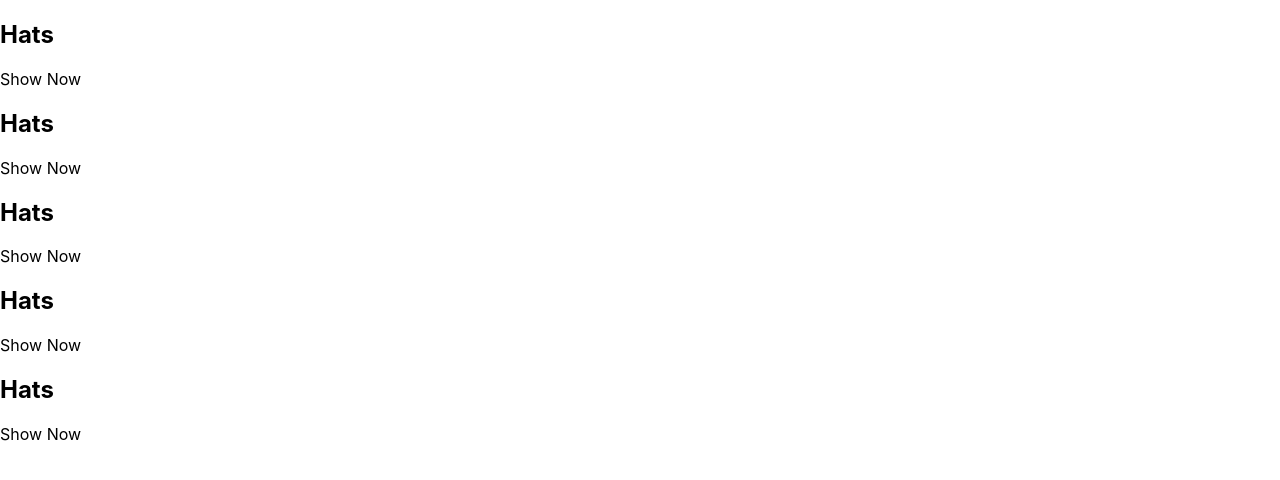
Repository: sabrina-bongiovanni/prova
Page: / (app in crwn-clothing/)
These files come from the project's save history. The page is drawn as it stood at one moment and after the next save; the edit follows.
The browser window is 1280 px wide. The pictures show the whole page.
The project was rebuilt for these pictures with package versions that can differ from the ones it lists, and the page was loaded fresh each time.

Above is the page before, as saved 2022-10-11 12:37:39.

### crwn-clothing/src/App.js
const App = () => {
  return (
    <div className="categories-container">
      <div className="category-container">
        {/* <img /> */}
        <div className="category-body-container">
          <h2>Hats</h2>
          <p>Show Now</p>
        </div>
      </div>
      <div className="category-container">
        {/* <img /> */}
        <div className="category-body-container">
          <h2>Hats</h2>
          <p>Show Now</p>
        </div>
      </div>
      <div className="category-container">
        {/* <img /> */}
        <div className="category-body-container">
          <h2>Hats</h2>
          <p>Show Now</p>
        </div>
      </div>
      <div className="category-container">
        {/* <img /> */}
        <div className="category-body-container">
          <h2>Hats</h2>
          <p>Show Now</p>
        </div>
      </div>
      <div className="category-container">
        {/* <img /> */}
        <div className="category-body-container">
          <h2>Hats</h2>
          <p>Show Now</p>
        </div>
      </div>
    </div>
  );
};

export default App;

Loaded but not shown: crwn-clothing/public/index.html (common file); crwn-clothing/src/index.js (common file); crwn-clothing/src/index.css (common file); crwn-clothing/src/reportWebVitals.js (common file)

After the next save:
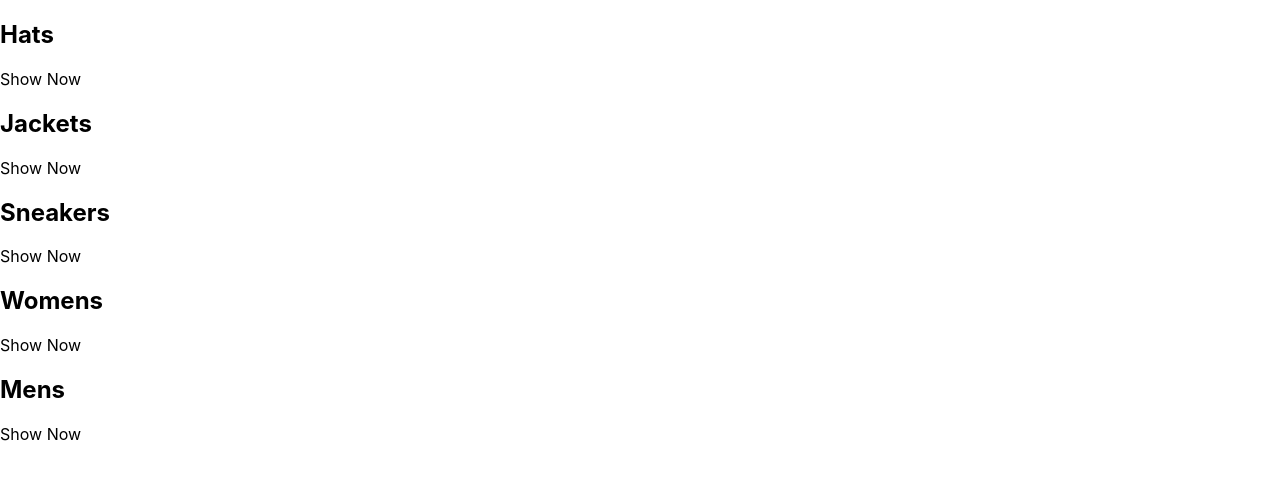
Saved 38 s later.
--- a/crwn-clothing/src/App.js
+++ b/crwn-clothing/src/App.js
@@ -11,28 +11,28 @@ const App = () => {
       <div className="category-container">
         {/* <img /> */}
         <div className="category-body-container">
-          <h2>Hats</h2>
+          <h2>Jackets</h2>
           <p>Show Now</p>
         </div>
       </div>
       <div className="category-container">
         {/* <img /> */}
         <div className="category-body-container">
-          <h2>Hats</h2>
+          <h2>Sneakers</h2>
           <p>Show Now</p>
         </div>
       </div>
       <div className="category-container">
         {/* <img /> */}
         <div className="category-body-container">
-          <h2>Hats</h2>
+          <h2>Womens</h2>
           <p>Show Now</p>
         </div>
       </div>
       <div className="category-container">
         {/* <img /> */}
         <div className="category-body-container">
-          <h2>Hats</h2>
+          <h2>Mens</h2>
           <p>Show Now</p>
         </div>
       </div>
